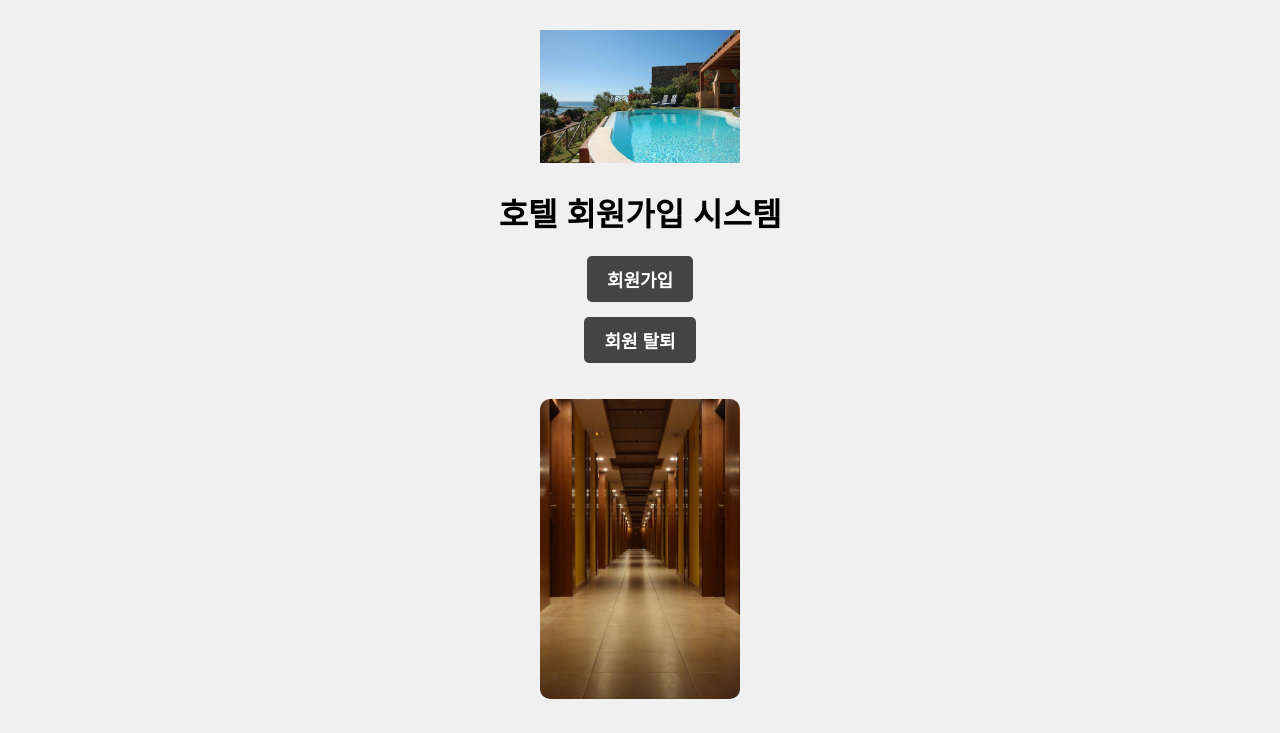
Repository: DearMyStore/ui-test
Page: http://localhost/HotelReservationSystem/menu.jsp
These files come from the project's save history. The page is drawn as it stood at one moment and after the next save; the edit follows.
The browser window is 1280 px wide. The pictures show the whole page.
The page is served by Tomcat 9.

Above is the page before, as saved 2025-05-27 20:42:40.

After the next save:
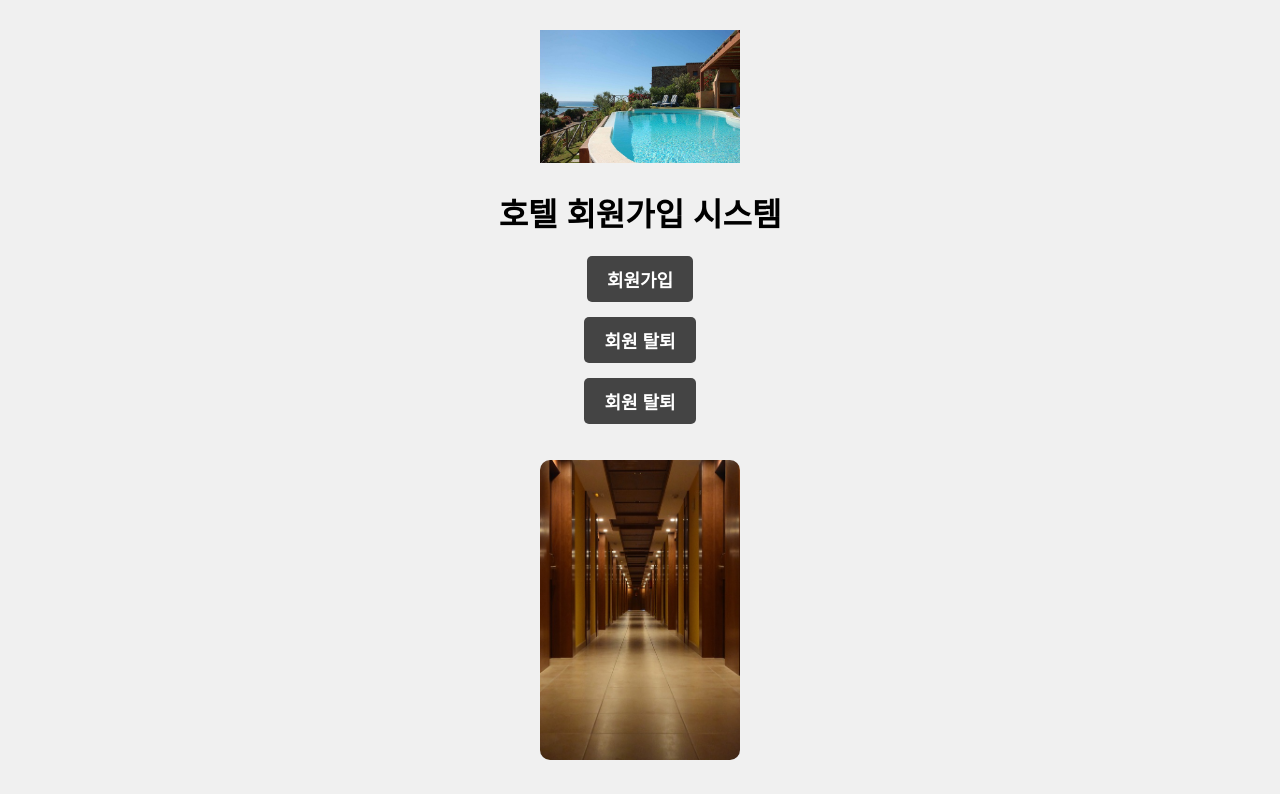
Saved 70 s later.
--- a/HRS/HotelReservationSystem/src/main/webapp/menu.jsp
+++ b/HRS/HotelReservationSystem/src/main/webapp/menu.jsp
@@ -61,6 +61,7 @@
     <ul>
         <li><a href="register.jsp">회원가입</a></li>
         <li><a href="deleteAccount.jsp">회원 탈퇴</a></li>
+ 		<li><a href="findAccount.jsp">회원 탈퇴</a></li>
     </ul>
     <img src="images/hotel2.jpg" alt="객실 사진" class="room">
 </body>
